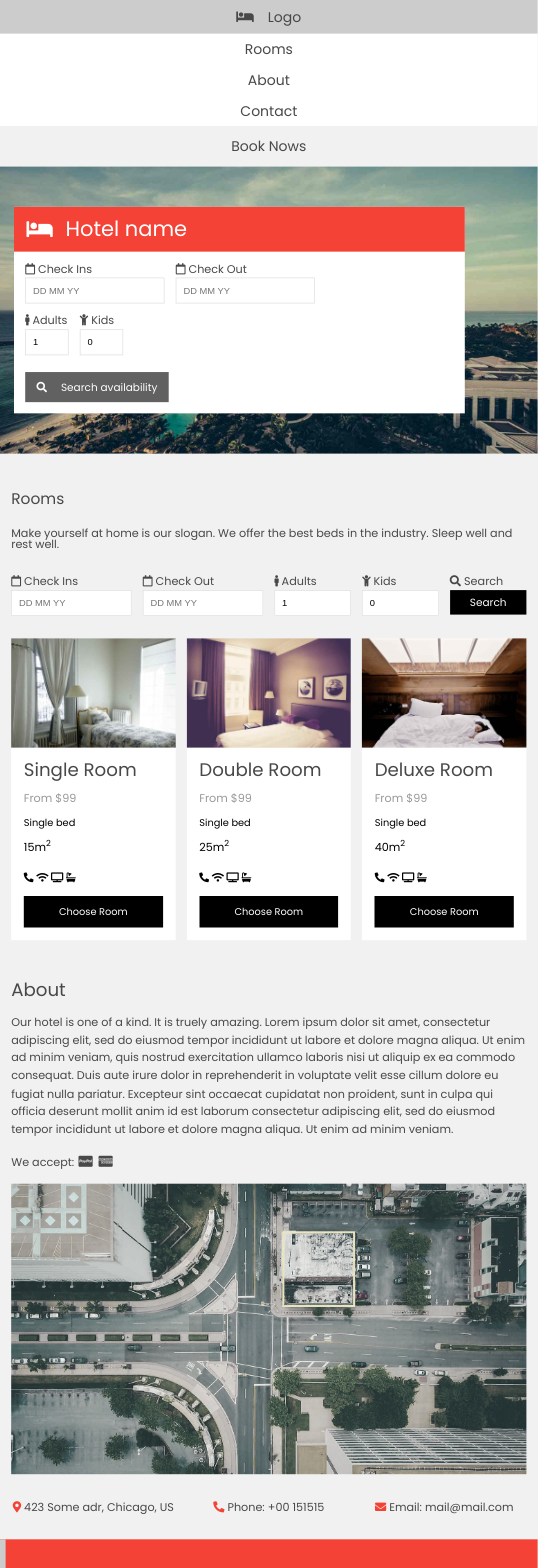
Repository: phamhuuloc/Travel_Template
Page: index.html
The author's editor kept a copy of each file at every save. The page is drawn from the files as they stood at one save, then again after the next save.
The browser window is 768 px wide. The pictures show the part of the page from y = 0 to 2240 px (the page is 3801 px tall before and 3853 px after), at 70% of full size.
The style sheet was rebuilt from its Sass, Less or Tailwind sources for each picture, by a compiler version that may differ from the author's.

Above is the page before, as saved 2021-09-21 11:45:20.

After the next save:
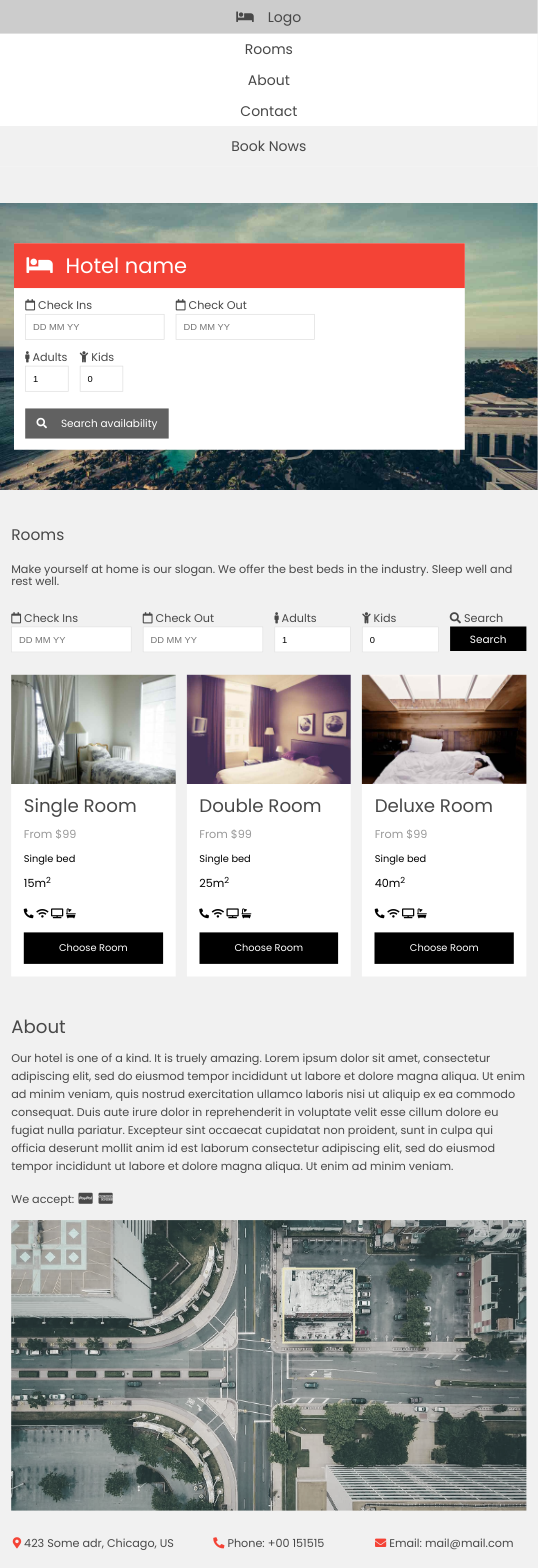
Saved 43 s later.
--- a/assets/responsive.css
+++ b/assets/responsive.css
@@ -19,6 +19,7 @@
 @media (min-width: 600px) and (max-width: 800px) {
   .header {
     flex-direction: column;
+    margin-bottom: 5.2rem;
   }
   .header .logo {
     justify-content: center;

After the save that followed:
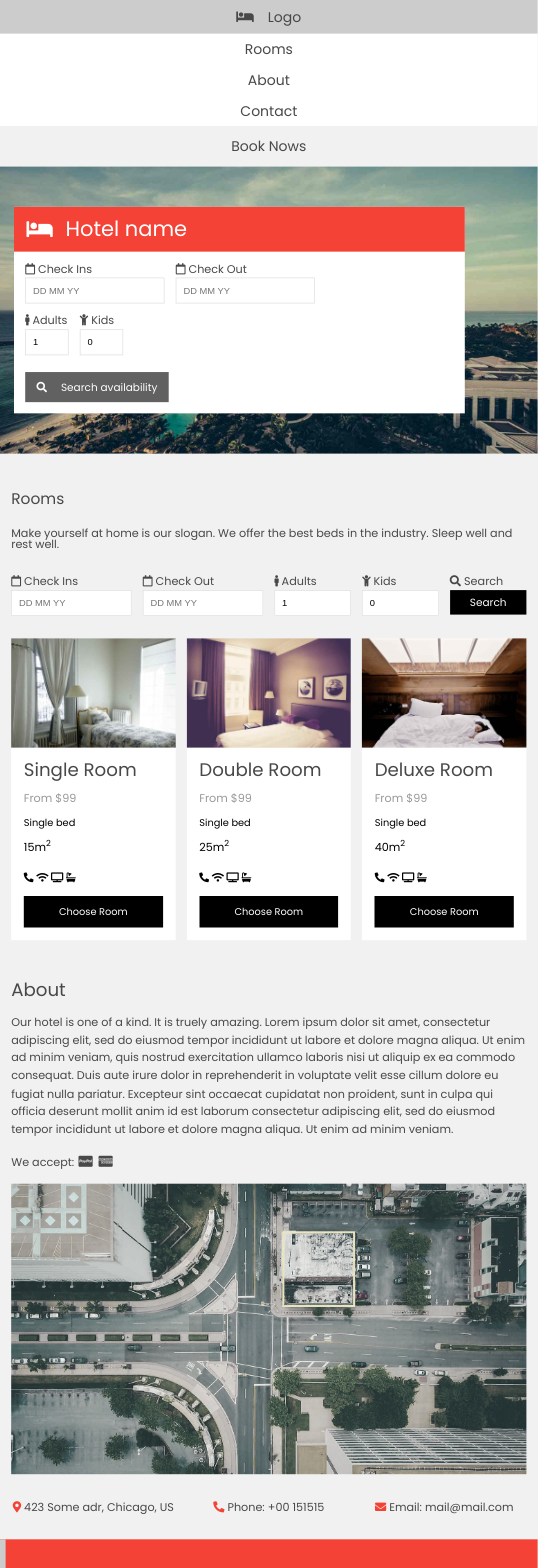
Saved 15 s later.
--- a/assets/responsive.css
+++ b/assets/responsive.css
@@ -19,7 +19,6 @@
 @media (min-width: 600px) and (max-width: 800px) {
   .header {
     flex-direction: column;
-    margin-bottom: 5.2rem;
   }
   .header .logo {
     justify-content: center;
